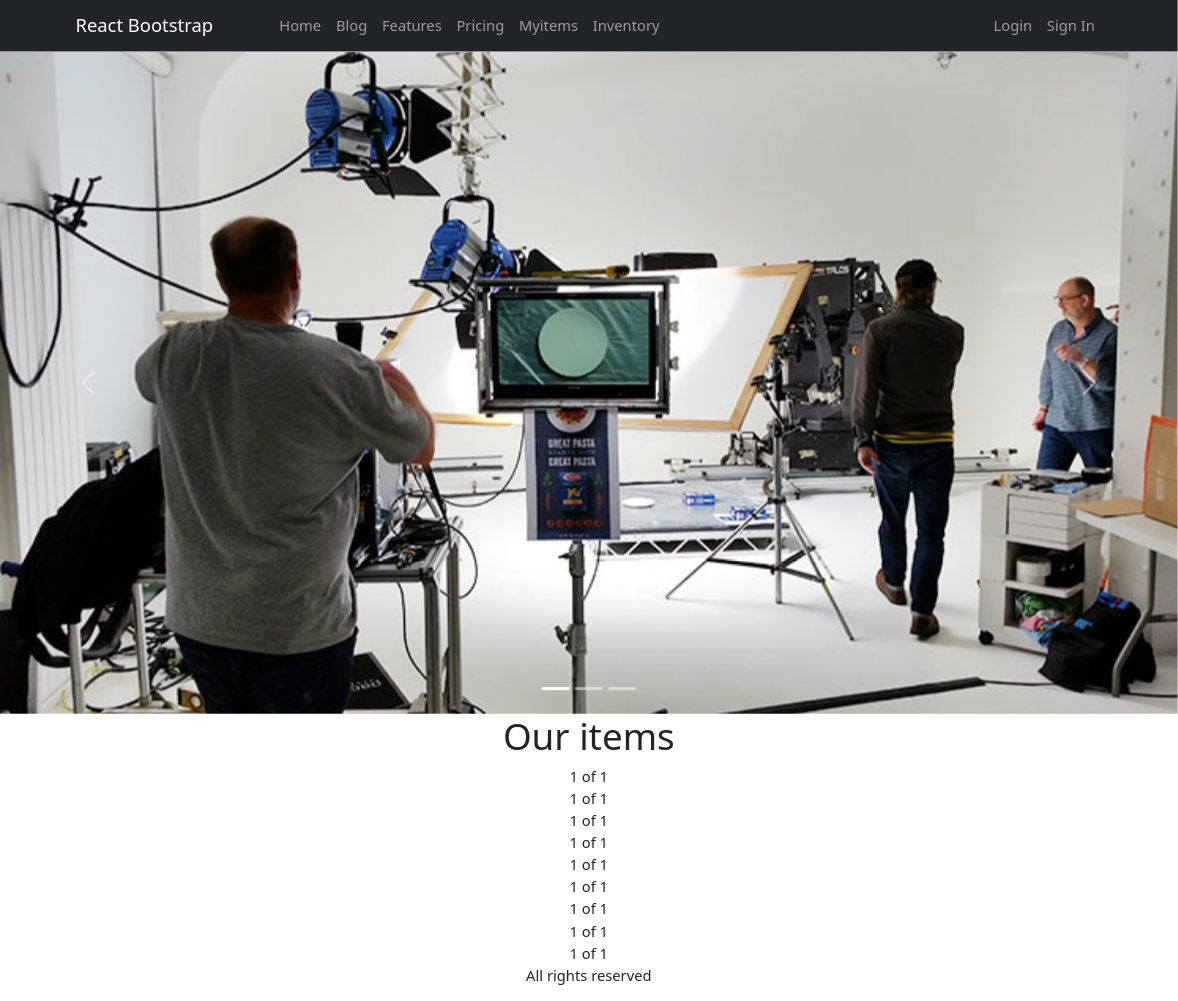
Repository: devsajid/best-motors-warehouse-app
Page: /
An editor plug-in stored every save of this project. The page is shown before and after a run of saves, followed by the edit.
The browser window is 1280 px wide. The pictures show the whole page, at 92% of full size.
The project was rebuilt for these pictures with package versions that can differ from the ones it lists, and the page was loaded fresh each time. Also part of the build but not shown: src/firebase.init.js, src/Components/Register/Register.js, src/Components/Signin/Signin.css, src/Components/Signin/Signin.js, src/Components/Blogs/Blogs.js, src/Components/About/About.js, src/Components/RequireAuth/RequireAuth.js, src/Components/Checkout/Checkout.js and 1 more.

Above is the page before, as saved 2022-05-07 21:11:14.

After the next 5 saves:
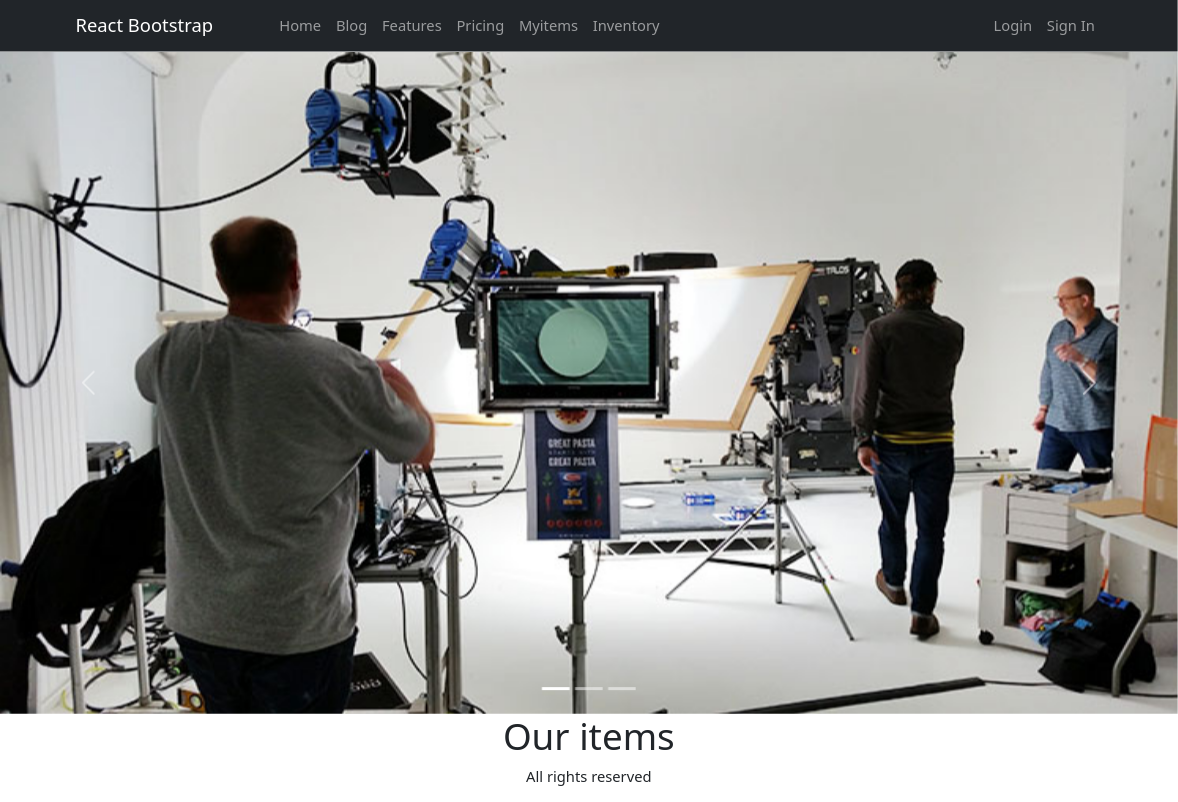
The 5 saves are shown as one change because 1 did not build or start and some came seconds apart.
The last was saved 61 s later.
--- a/src/Components/Item/Item.js
+++ b/src/Components/Item/Item.js
@@ -42,7 +42,9 @@ const Item = ({ item }) => {
     // </Container>
     <Container>
       <Row>
-        <Col>1 of 1</Col>
+        <Col>
+          <div></div>
+        </Col>
       </Row>
     </Container>
   );
